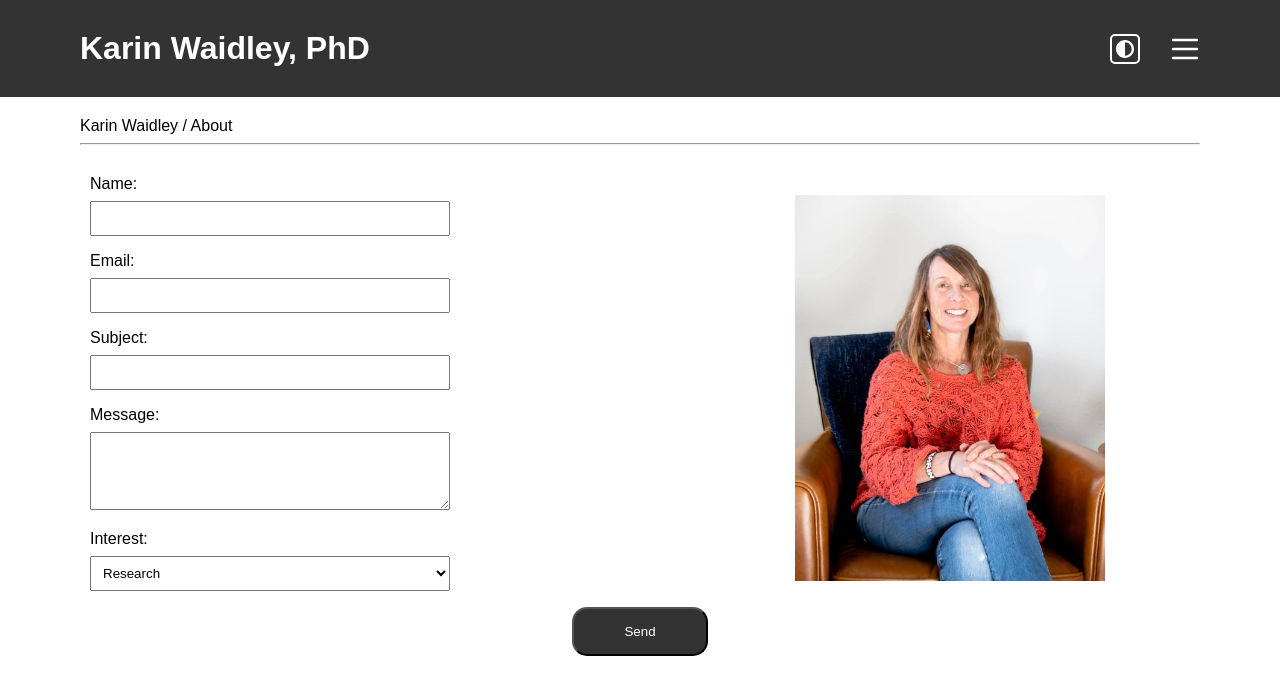
Repository: Ceasor7/Karin
Page: contact.html
The author's editor kept a copy of each file at every save. The page is drawn from the files as they stood at one save, then again after the next save.
The browser window is 1280 px wide. The pictures show the whole page.

Above is the page before, as saved 2023-12-14 15:17:06.

### contact.html
<!DOCTYPE html>
<html lang="en">

<head>
    <meta charset="UTF-8">
    <meta name="viewport" content="width=device-width, initial-scale=1.0">
    <title>Karin Waidley, PhD | Contact</title>
    <style>
        /* Resetting some default styles for better consistency */
        body,
        h1,
        h2,
        h3,
        p,
        ul,
        li {
            margin: 0;
            padding: 0;
            list-style: none;
        }

        /* Global styles */
        body {
            font-family: Arial, sans-serif;
        }

        /* Navbar styles */
        header {
            background-color: #333;
            color: white;
            padding: 10px 0;
        }

        .navbar {
            display: flex;
            justify-content: space-between;
            align-items: center;
            padding: 20px;
            margin-left: 60px;
            margin-right: 60px;
        }

        .navbar-logo {
            font-size: 2em;
            font-weight: bold;
        }

        .navbar-icons {
            display: flex;
            gap: 10px;
        }

        .dark-mode-toggle {
            color: var(--secondary-color);
            border: 2px solid currentColor;
            padding: 4px;
            background: transparent;
            cursor: pointer;
            border-radius: 5px;
            width: 30px;
            height: 30px;
        }

        .dark-mode-toggle,
        .svg-icon {
            margin-right: 20px;
        }

        /* Main content styles */
        section {
            margin-top: 20px;
        }

        /* Contact form styles */
        form {
            max-width: 600px;
            margin: 0 auto;
        }

        label {
            display: block;
            margin-bottom: 8px;
            text-align: left;
            margin-left: 80px;
        }

        input,
        textarea,
        select {
            width: 60%;
            padding: 8px;
            margin-bottom: 16px;
            box-sizing: border-box;
            margin-left: 80px;

        }

        /* New section styles */
        .image-section {
            text-align: center;
            margin-top: 20px;
        }

        .image-section img {
            max-width: 50%;
            height: auto;
        }

        /* Add this CSS to make the two divs beside each other */
        .flex-container {
            display: flex;
            justify-content: space-between;
            margin-top: 30px;
        }

        .flex-container>div {
            flex: 1;
            margin-right: 20px;
        }

        .form-button {
            text-align: center;
        }

        .formSend-button {
            padding: 15px;
            background-color: #333;
            color: white;
            padding-left: 50px;
            padding-right: 50px;
            border-radius: 15px;
        }

        section {
            margin-top: 20px;
            margin-left: 80px;
            margin-right: 80px;
        }
    </style>
</head>

<body>
    <header>
        <div class="navbar">
            <div class="navbar-logo">Karin Waidley, PhD</div>
            <div class="navbar-icons">
                <button id="dark-mode-toggle" class="dark-mode-toggle">
                    <svg width="100%" xmlns="http://www.w3.org/2000/svg" viewBox="0 0 496 496">
                        <path fill="currentColor"
                            d="M8,256C8,393,119,504,256,504S504,393,504,256,393,8,256,8,8,119,8,256ZM256,440V72a184,184,0,0,1,0,368Z"
                            transform="translate(-8 -8)" />
                    </svg>
                </button>
                <svg xmlns="http://www.w3.org/2000/svg" x="0px" y="0px" width="30" height="30" viewBox="0 0 50 50"
                    style="fill:#FFFFFF;">
                    <path
                        d="M 5 8 A 2.0002 2.0002 0 1 0 5 12 L 45 12 A 2.0002 2.0002 0 1 0 45 8 L 5 8 z M 5 23 A 2.0002 2.0002 0 1 0 5 27 L 45 27 A 2.0002 2.0002 0 1 0 45 23 L 5 23 z M 5 38 A 2.0002 2.0002 0 1 0 5 42 L 45 42 A 2.0002 2.0002 0 1 0 45 38 L 5 38 z">
                    </path>
                </svg>
            </div>
        </div>
    </header>

    <section>
        <p class="page-title">Karin Waidley / About</p>
        <hr>
    </section>
    <div class="flex-container">
        <div>
            <form>
                <label for="name">Name:</label>
                <input type="text" id="name" name="name" required>

                <label for="email">Email:</label>
                <input type="email" id="email" name="email" required>

                <label for="subject">Subject:</label>
                <input type="text" id="subject" name="subject" required>

                <label for="message">Message:</label>
                <textarea id="message" name="message" rows="4" required></textarea>

                <label for="interest">Interest:</label>
                <select id="interest" name="interest">
                    <option value="research">Research</option>
                    <option value="speaking">Speaking</option>
                    <option value="teaching">Teaching</option>
                    <option value="community-reach">Community Reach</option>
                </select>
            </form>
        </div>
        <!-- New section with image -->
        <div class="image-section">
            <img src="images/Karin.jpeg" alt="Karin Waidley">
        </div>
    </div>
    <div class="form-button">
        <button class="formSend-button" type="submit">Send</button>
    </div>


</body>

</html>

After the next save:
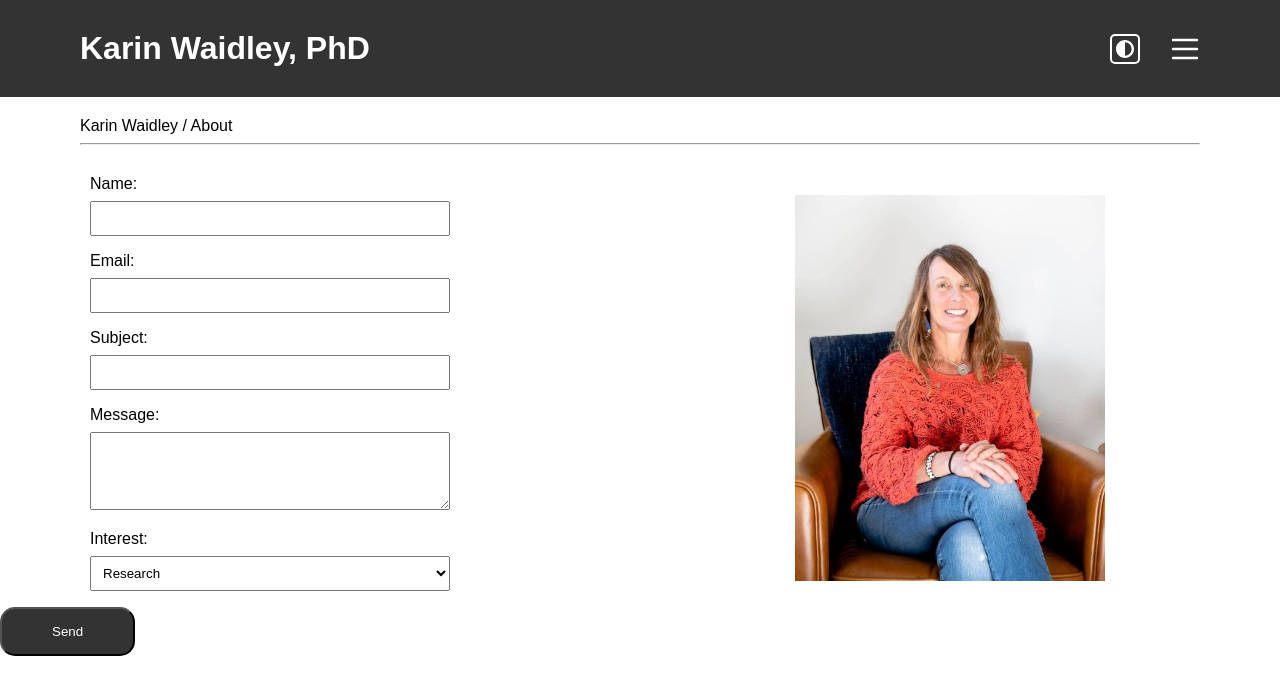
Saved 33 s later.
--- a/contact.html
+++ b/contact.html
@@ -118,9 +118,7 @@
             margin-right: 20px;
         }
 
-        .form-button {
-            text-align: center;
-        }
+        .form-button {}
 
         .formSend-button {
             padding: 15px;
